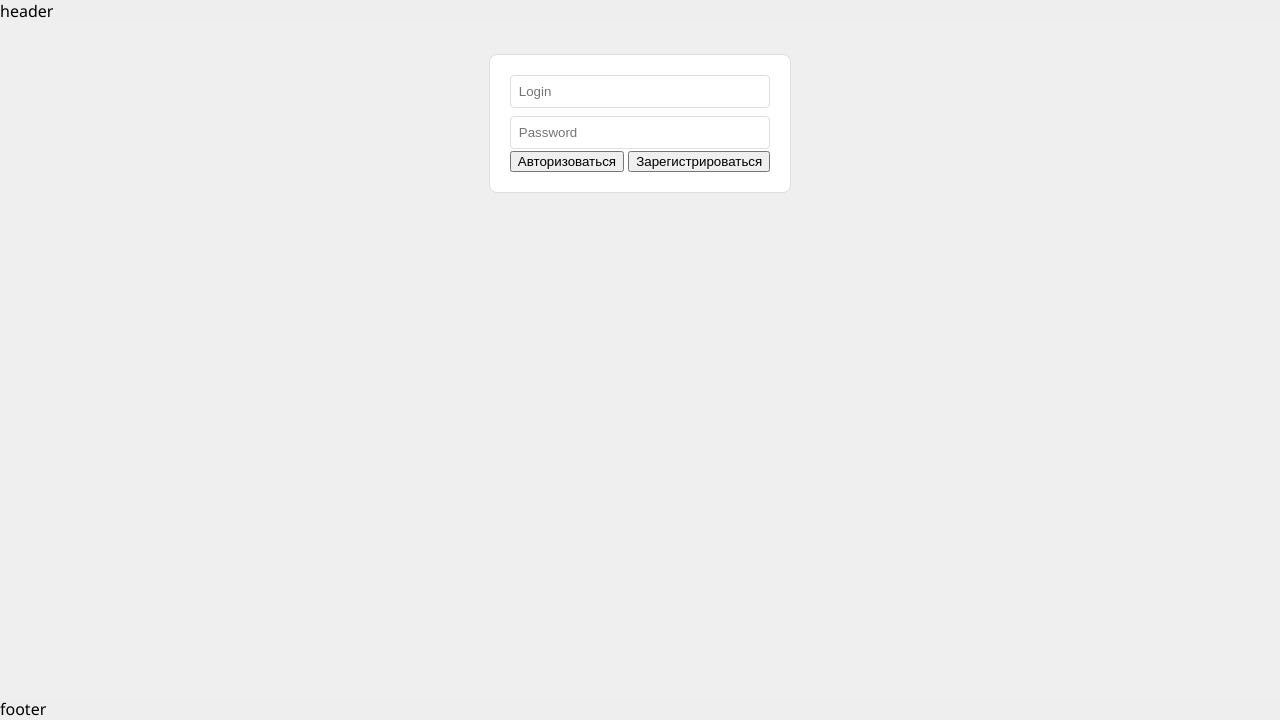
Repository: slep0y/fakeAuth
Page: index.html
These files come from the project's save history. The page is drawn as it stood at one moment and after the next save; the edit follows.
The browser window is 1280 px wide. The pictures show the whole page.
The style sheet was rebuilt from its Sass, Less or Tailwind sources for each picture, by a compiler version that may differ from the author's.

Above is the page before, as saved 2025-01-19 18:07:26.

After the next save:
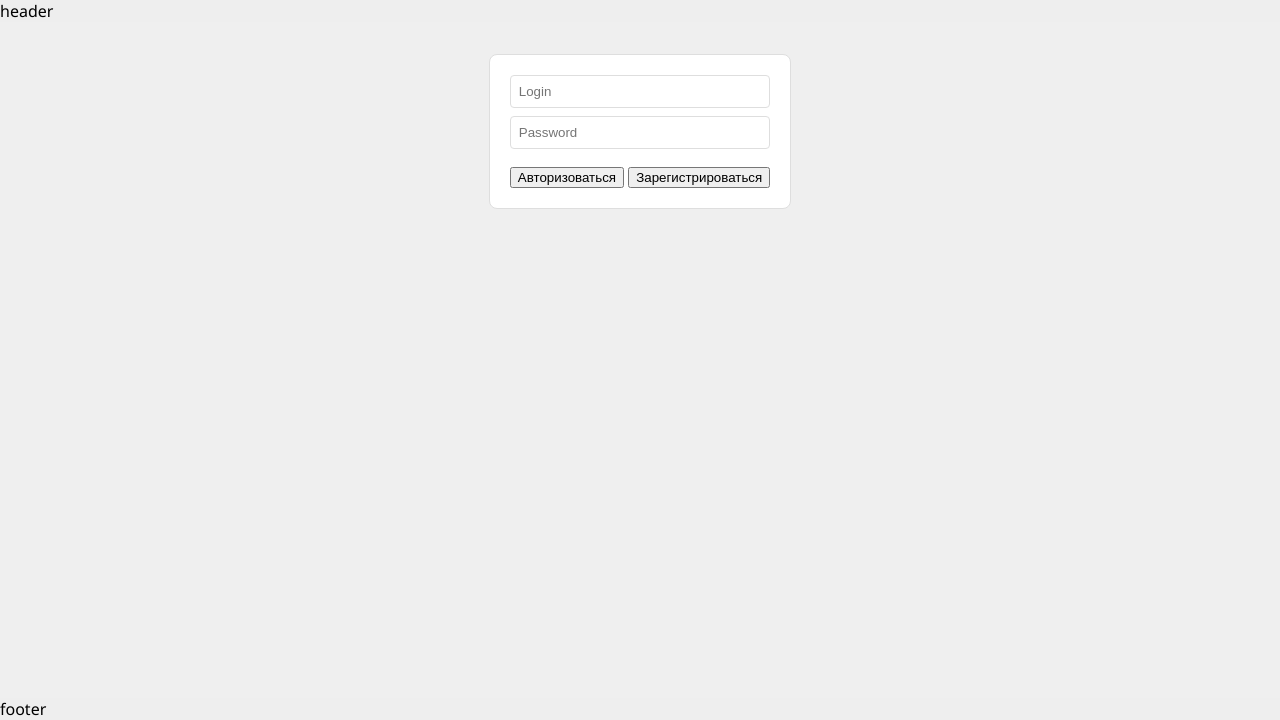
Saved 97 s later.
--- a/styles/blocks/form/_form.scss
+++ b/styles/blocks/form/_form.scss
@@ -2,6 +2,7 @@
     max-width: 640px;
     width: 100%;
     display: grid;
+    gap: 16px;
     border: 1px solid var(--grey_lite);
     padding: 20px;
     border-radius: 8px;
